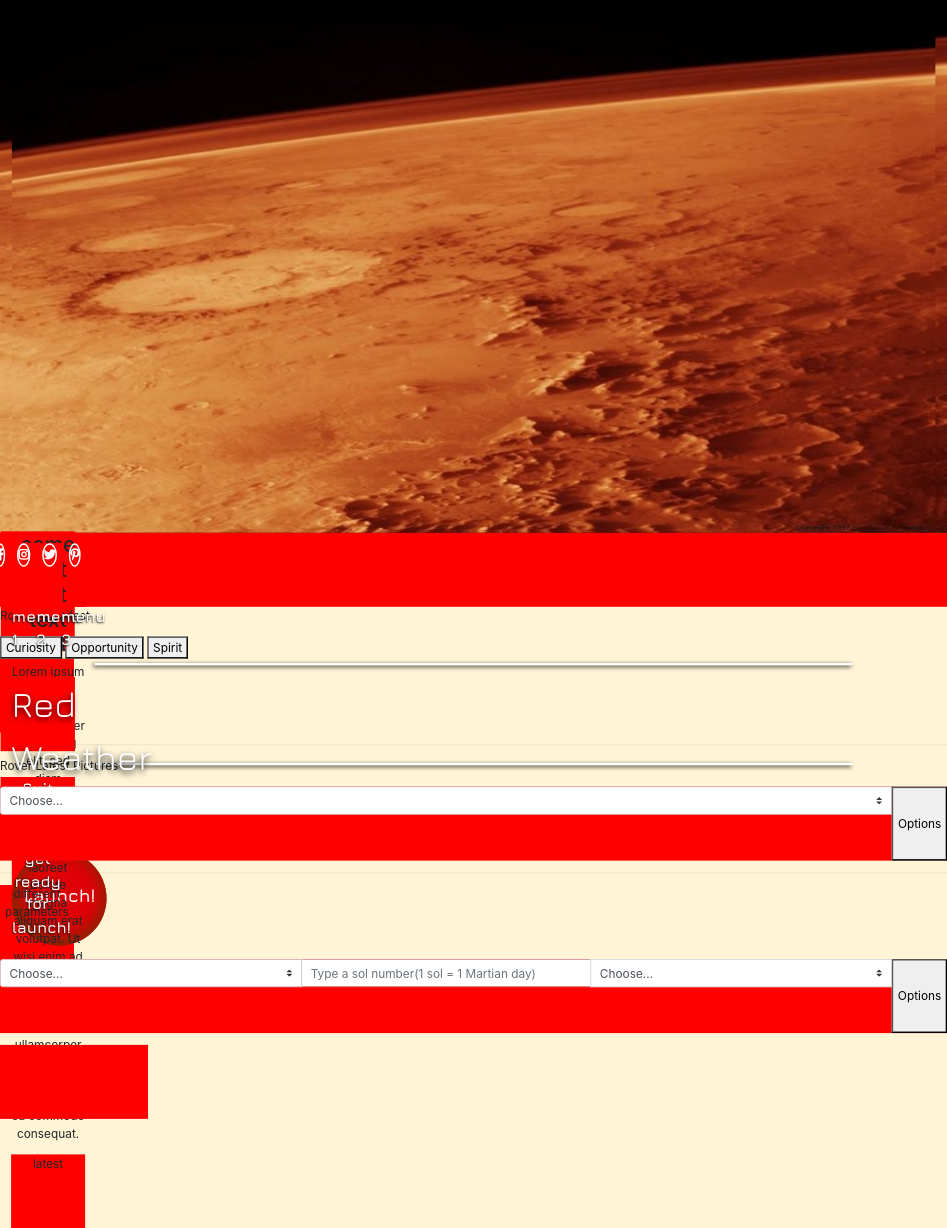
Repository: romqrq/Red-Planet-Explorer
Page: index.html
The author's editor kept a record of every edit. The page is drawn from the files as they stood at one moment, then again after the next edit.
The browser window is 1280 px wide. The pictures show the whole page, at 74% of full size.
Some web fonts or font styles are not loaded; a fallback is used. Some web libraries are served in a nearby version.

Above is the page before.

### index.html
<!DOCTYPE html>
<html lang="en">

<head>
    <meta charset="UTF-8">
    <meta name="viewport" content="width=device-width, initial-scale=1.0">
    <meta http-equiv="X-UA-Compatible" content="ie=edge">
    <title>Red Weather</title>
    <link rel="stylesheet" href="https://cdnjs.cloudflare.com/ajax/libs/font-awesome/5.10.2/css/all.min.css" type="text/css" />
    <link rel="stylesheet" href="https://stackpath.bootstrapcdn.com/bootstrap/4.3.1/css/bootstrap.min.css" crossorigin="anonymous">
    <link rel="stylesheet" href="assets/css/style.css" type="text/css" />


    <script src="https://code.jquery.com/jquery-3.4.1.js" crossorigin="anonymous"></script>
    <script type="text/javascript" src="assets/js/jquery.js"></script>
    <script type="text/javascript" src="assets/js/main.js"></script>
    <!--<script type="text/javascript" src="assets/js/main2.js"></script>-->
    <!--<script type="text/javascript" src="assets/js/main3.js"></script>-->

</head>

<body>
    <header>
        <div class="container-fluid main-screen-container">
            <img class="header-bg" src="assets/images/mars-athmosphere.jpg"></img>
            <div class="row social-row">
                <div class="col-12 social-col">
                    <i class="fab fa-facebook-f round-border text-shadow"></i>
                    <i class="fab fa-instagram round-border"></i>
                    <i class="fab fa-twitter round-border"></i>
                    <i class="fab fa-pinterest-p round-border"></i>
                </div>
            </div>
            <div class="row" role="navigation">
                <a class="col-4 text-right main-text-light text-shadow" href="#">menu 1</a>
                <a class="col-4 text-center main-text-light text-shadow" href="#">menu 2</a>
                <a class="col-4 text-left main-text-light text-shadow" href="#">menu 3</a>
            </div>
            <hr class="hr-divider">
            <div class="row">
                <div class="col-12 text-center">
                    <p class="main-title title-shadow">Red Weather</p>
                </div>
            </div>
            <hr class="hr-divider">
            <div class="row">
                <div class="col-12">
                    <p class="main-text-light text-center text-shadow">Suit up and get ready for launch!</p>
                </div>
            </div>
            <div>
                <div class="launch-button-div">
                    <button class="btn launch-button">Launch!</button>
                </div>
            </div>
            <!--<div class="row">-->
            <!--    <div class=navbar>-->
            <!--        <ul class="navbar-nav">-->
            <!--            <li class="nav-item">-->
            <!--                <a href="#" class="nav-link">menu button 1</a>-->
            <!--            </li>-->
            <!--            <li class="nav-item">-->
            <!--                <a href="#" class="nav-link">menu button 2</a>-->
            <!--            </li>-->
            <!--            <li class="nav-item">-->
            <!--                <a href="#" class="nav-link">menu button 3</a>-->
            <!--            </li>-->
            <!--        </ul>-->
            <!--    </div>-->
            <!--</div>-->
        </div>
        <!--<nav class="navbar navbar-expand-md navbar-dark bg-blue">-->
        <!-- Brand -->
        <!--    <a class="brand-text" href="#"><span class="NE-text">RW</span> | Red Weather</a>-->

        <!-- Toggler/collapsibe Button -->
        <!--    <button class="navbar-toggler" type="button" data-toggle="collapse" data-target="#collapsibleNavbar">-->
        <!--        <span class="navbar-toggler-icon"></span>-->
        <!--    </button>-->

        <!-- Navbar links -->
        <!--    <div class="collapse navbar-collapse" id="collapsibleNavbar">-->
        <!--        <ul class="navbar-nav">-->
        <!--            <li class="nav-item">-->
        <!--                <a class="nav-link" href="#">Link</a>-->
        <!--            </li>-->
        <!--            <li class="nav-item">-->
        <!--                <a class="nav-link" href="#">Link</a>-->
        <!--            </li>-->
        <!--            <li class="nav-item">-->
        <!--                <a class="nav-link" href="#">Link</a>-->
        <!--            </li>-->
        <!--        </ul>-->
        <!--    </div>-->
        <!--</nav>-->
    </header>
    <section class="callout">
        <div class="container-fluid text-center align-middle">
            <div>
                <h3>some text text text text</h3>
                <p>Lorem ipsum dolor sit amet, consectetuer adipiscing elit, sed diam nonummy nibh euismod tincidunt ut laoreet dolore magna aliquam erat volutpat. Ut wisi enim ad minim veniam, quis nostrud exerci tation ullamcorper suscipit lobortis nisl
                    ut aliquip ex ea commodo consequat.</pp>
                    <div>latest</div>
                    <!--<div class="row">-->
                    <!--    <div class="col-4">-->
                    <!--        <button class="btn btn-warning latest-button" id="buttonCuriosity" onclick="writeLatestToDocument('curiosity')" value="curiosity">Curiosity</button>-->
                    <!--    </div>-->
                    <!--    <div class="col-4">-->
                    <!--        <button class="btn btn-warning latest-button" id="buttonSpirit" onclick="writeLatestToDocument()" value="spirit">Spirit</button>-->
                    <!--    </div>-->
                    <!--    <div class="col-4">-->
                    <!--        <button class="btn btn-warning latest-button" id="buttonOpportunity" onclick="writeLatestToDocument()" value="opportunity">Opportunity</button>-->
                    <!--    </div>-->
                    <!--</div>-->
            </div>
    </section>
    <p>Rovers Manifest</p>
    <button onclick="writeManifestToDocument('curiosity')">Curiosity</button>
    <button onclick="writeManifestToDocument('opportunity')">Opportunity</button>
    <button onclick="writeManifestToDocument('spirit')">Spirit</button>
    <div id="dataManifest"></div>
    <hr>
    <p>Rover Latest Pictures</p>
    <div class="input-group mb-3">
        <select class="custom-select" id="inputLatestRoverPhoto">
            <option selected>Choose...</option>
            <option value="curiosity">Curiosity</option>
            <option value="spirit">Spirit</option>
            <option value="opportunity">Opportunity</option>
        </select>
        <button onclick="writeLatestToDocument()">Options</button>
    </div>
    <hr>
    <div class=text-center>different parameters</div>
    <div class="input-group mb-3">
        <div class="input-group mb-3">
            <select class="custom-select" id="inputRoverName">
            <option selected>Choose...</option>
            <option value="curiosity">Curiosity</option>
            <option value="spirit">Spirit</option>
            <option value="opportunity">Opportunity</option>
        </select>
            <input type="text" class="form-control" id="solTextInput" placeholder="Type a sol number(1 sol = 1 Martian day)">
            <!--    <select class="custom-select" id="inputSolNumber">-->
            <!--  <option selected>Choose...</option>-->
            <!--  <option value="500">500</option>-->
            <!--  <option value="1000">1000</option>-->
            <!--  <option value="1500">1500</option>-->
            <!--</select>-->
            <select class="custom-select" id="inputCamName">
          <option selected>Choose...</option>
          <option value="fhaz">FHAZ</option>
          <option value="rhaz">RHAZ</option>
          <option value="mast">Mast</option>
        </select>
            <button onclick="writeParamsToDocument()">Options</button>
        </div>


        <div id="data"></div>
        <div id="data2"></div>
        <footer>

        </footer>
        <script src="https://code.jquery.com/jquery-3.3.1.slim.min.js" integrity="sha384-q8i/X+965DzO0rT7abK41JStQIAqVgRVzpbzo5smXKp4YfRvH+8abtTE1Pi6jizo" crossorigin="anonymous"></script>
        <script src="https://cdnjs.cloudflare.com/ajax/libs/popper.js/1.14.7/umd/popper.min.js" integrity="sha384-UO2eT0CpHqdSJQ6hJty5KVphtPhzWj9WO1clHTMGa3JDZwrnQq4sF86dIHNDz0W1" crossorigin="anonymous"></script>
        <script src="https://stackpath.bootstrapcdn.com/bootstrap/4.3.1/js/bootstrap.min.js" integrity="sha384-JjSmVgyd0p3pXB1rRibZUAYoIIy6OrQ6VrjIEaFf/nJGzIxFDsf4x0xIM+B07jRM" crossorigin="anonymous"></script>

</body>

</html>

### assets/css/style.css
/*General*/

@import url('https://fonts.googleapis.com/css?family=Revalia|Roboto:400,500|Jura:300,400,500,700&display=swap');

body {
    background-color: #ffd86845;
}

a {
    text-decoration: none;
    color: inherit;

}

/* Header */

.title-shadow {
    text-shadow: -1px 3px 8px #000000;
}

.text-shadow {
    text-shadow: -1px 1px 3px #000000;
}

.no-side-padding {
    padding-left: 0;
    padding-right: 0;
}

.main-screen-container {
    height: 100vh;
    max-width: 100vw;
    padding: 1rem;
    background-image: url("../images/mars-athmosphere.jpg");
    background-position: center;
    background-repeat: no-repeat;
    background-size: cover;
    background-color: black;
    display: flex;
    flex-direction: column;
    justify-content: space-evenly;
    box-shadow: 1px 4px 9px 0px black;
}

.social-row {
    padding: 1rem;
}

.social-col {
    flex-direction: row;
    display: flex;
    justify-content: center;
}

.round-border {
    border-radius: 50%;
    height: 2rem;
    border: 2px solid white;
    width: 2rem;
    justify-content: center;
    display: flex;
    line-height: 1.8rem;
    color: white;
    margin: 0 0.5rem;
    font-weight: 900;
}

.main-text-light {
    color: white;
    font-family: "Jura", "Revalia";
    font-weight: 600;
    font-size: 1.3rem;
}

.main-title {
    font-family: "Revalia", "Jura";
    font-size: 3rem;
    color: white;
    padding: 0 0 0.5rem;
}

.hr-divider {
    border-top: 3px solid rgb(255, 255, 255);
    width: 80vw;
    box-shadow: -2px 2px 6px 0px black;
}

.launch-button-div {
    margin-bottom: 1rem;
}

.launch-button-border {
    height: 9.5rem;
    width: 9.5rem;
    background-color: #eaeaea;
    padding: 0.75rem;
    border-radius: 50%;
    box-shadow: inset 0px 0px 6px 6px #676767;
    margin: auto;
}

.launch-button {
    background-color: #d40101;
    color: white;
    border: 0px solid white;
    font-size: 1.5rem;
    font-family: "Jura", "Revalia";
    font-weight: 700;
    /*text-shadow: 0px 0px 5px #ffffffcf;*/
    padding: 0.5rem 1rem 1rem;
    height: 8rem;
    width: 8rem;
    border-radius: 50%;
    box-shadow: inset 3px -4px 20px 7px #842600;
    animation-name: launchButtonAnimation;
     animation-duration: 2s;
    animation-delay: .5s;
    animation-timing-function: linear;
    animation-iteration-count: infinite;

}

.launch-button-animation {
    animation-duration: 1s;
    animation-delay: .5s;
    animation-timing-function: linear;
    animation-iteration-count: infinite;
    /*background-color: #2098D1;*/
    background-color: #ff0018;
    color: #fff;
}

/* Launch button bg change */
@keyframes launchButtonAnimation {
  from {background-color: #d40101;}
  to {background-color: #ff0018;}
}

/* The element to apply the animation to */
div {
  width: 100px;
  height: 100px;
  background-color: red;
  animation-name: example;
  animation-duration: 4s;
}

### assets/js/jquery.js
$(document).ready(function(value) {
    var roverName = this.value;
});

### assets/js/main.js
// var roverName = "curiosity";
// var solNumber = ""; //"&sol=1000";
// var camName = "&camera=FHAZ";
// var pageNumber = ""; //"&page=1"
// var earthDate = "earth_date=2015-6-3"


//WORKS xhr.open("GET", "https://api.nasa.gov/insight_weather/?api_key=unJZiQapXhyZamSl37P8FEh7Zlssi7xmaIF4l95b&feedtype=json&ver=1.0");
//WORKS xhr.open("GET", "https://api.nasa.gov/mars-photos/api/v1/rovers/curiosity/latest_photos?api_key=unJZiQapXhyZamSl37P8FEh7Zlssi7xmaIF4l95b&feedtype=json&ver=1.0");
//WORKS xhr.open("GET", "https://api.nasa.gov/mars-photos/api/v1/manifests/curiosity?api_key=unJZiQapXhyZamSl37P8FEh7Zlssi7xmaIF4l95b&feedtype=json&ver=1.0");




// //Pick latest photo by rover name
// function getLatest(cb) {
// 	// roverName = function() {
// 	// 	if (document.getElementById("buttonCuriosity") == true) {
// 	// 		var e = document.getElementById("buttonCuriosity");
// 	// 		return e.options[e.selectedIndex].value;
// 	// 	}
// 	// }
// 	$('.latest-button').on('click', function() {
// 		var e = document.getElementById(this.id);
// 		roverName = e.options[e.selectedIndex].value;
// 	});
// 	console.log(roverName);
// 	// var e = document.getElementById("buttonCuriosity");
// 	// var roverName = e.options[e.selectedIndex].value;
// 	var xhr = new XMLHttpRequest();
// 	xhr.onreadystatechange = function() {
// 		if (this.readyState == 4 && this.status == 200) {
// 			// document.getElementById("data").innerHTML = JSON.parse(this.responseText);
// 			console.log(JSON.parse(this.responseText));
// 			cb(JSON.parse(this.responseText));
// 		}
// 	};
// 	xhr.open("GET", "https://api.nasa.gov/mars-photos/api/v1/rovers/" + roverName + "/latest_photos?api_key=unJZiQapXhyZamSl37P8FEh7Zlssi7xmaIF4l95b&feedtype=json&ver=1.0");
// 	xhr.send();

// }

// function writeLatestToDocument() {
// 	var el = document.getElementById("data");
// 	el.innerHTML = "";

// 	getLatest(function(data) {
// 		data = data.latest_photos;

// 		data.forEach(function(item) {
// 			el.innerHTML += `<img src=${item.img_src} height=150 width=150>`;
// 		});
// 	});
// }





// function getLatest(cb) {
// 	var xhr = new XMLHttpRequest();

// 	xhr.onreadystatechange = function() {
// 		if (this.readyState == 4 && this.status == 200) {
// 			// document.getElementById("data").innerHTML = JSON.parse(this.responseText);
// 			console.log(JSON.parse(this.responseText));
// 			cb(JSON.parse(this.responseText));
// 		}
// 	};

// 	xhr.open("GET", "https://api.nasa.gov/mars-photos/api/v1/rovers/curiosity/latest_photos?api_key=unJZiQapXhyZamSl37P8FEh7Zlssi7xmaIF4l95b&feedtype=json&ver=1.0");
// 	xhr.send();
// }

// function writeToDocument() {
// 	var el = document.getElementById("data");
// 	el.innerHTML = "";

// 	getLatest(function(data) {
// 		data = data.latest_photos;

// 		data.forEach(function(item) {
// 			el.innerHTML += `<img src=${item.img_src} height=150 width=150>`;
// 		});
// 	});
// }
var xhr = new XMLHttpRequest();
var roverName = ""; //"curiosity";
var solNumber = ""; //"&sol=1000";
var camName = ""; //"&camera=FHAZ";
var pageNumber = ""; //"&page=1"
var earthDate = ""; //"earth_date=2015-6-3"

function getManifest(roverNameManifest, cbManifest) {
    console.log(roverNameManifest);

    var xhr = new XMLHttpRequest();

    xhr.onreadystatechange = function() {
        if (this.readyState == 4 && this.status == 200) {
            // document.getElementById("data").innerHTML = JSON.parse(this.responseText);
            console.log(JSON.parse(this.responseText));
            cbManifest(JSON.parse(this.responseText));
        }
    };
    xhr.open("GET", "https://api.nasa.gov/mars-photos/api/v1/manifests/" + roverNameManifest + "?api_key=unJZiQapXhyZamSl37P8FEh7Zlssi7xmaIF4l95b&feedtype=json&ver=1.0");
    xhr.send();
}

function writeManifestToDocument(roverNameManifest) {
    var el = document.getElementById("dataManifest");
    el.innerHTML = "";

    getManifest(roverNameManifest, function(data) {
        data = data.photo_manifest;

        let item;
        for (item in data) {
            if (item != "photos") {
                let itemString = item.replace(/_/g, " ");
                let itemStringCapitalized = itemString.charAt(0).toUpperCase() + itemString.slice(1);
                console.log(itemStringCapitalized);
                    el.innerHTML += `<p>${itemStringCapitalized}: ${data[item]}</p>`;
            }
        }
    });
}

function getParamsData(cb) {
	var rvn = document.getElementById("inputRoverName");
	var roverName = rvn.options[rvn.selectedIndex].value;

	var snb = document.getElementById("solTextInput");
    var solNumber = `&sol=${snb.value}`;
	// var snb = document.getElementById("inputSolNumber");
	// var solNumber = `&sol=${snb.options[snb.selectedIndex].value}`;

	var cmn = document.getElementById("inputCamName");
	var camName = `&camera=${cmn.options[cmn.selectedIndex].value}`;

	// var pgn = document.getElementById("inputPageNumber");
	// var pageNumber = `&page=${pgn.options[pgn.selectedIndex].value}`;

	// var ead = document.getElementById("inputEarthDate");
	// var earthDate = `earth_date=${ead.options[ead.selectedIndex].value}`;

	var xhr = new XMLHttpRequest();
	xhr.onreadystatechange = function() {
		if (this.readyState == 4 && this.status == 200) {
			// document.getElementById("data").innerHTML = JSON.parse(this.responseText);
			console.log(JSON.parse(this.responseText));
			cb(JSON.parse(this.responseText));
		}
	};
	xhr.open("GET", `https://api.nasa.gov/mars-photos/api/v1/rovers/${roverName}/photos?${earthDate}${solNumber}${camName}${pageNumber}&api_key=unJZiQapXhyZamSl37P8FEh7Zlssi7xmaIF4l95b`);
	xhr.send();

}

function writeParamsToDocument() {
	var el = document.getElementById("data2");
	el.innerHTML = "";

	getParamsData(function(data) {
		data = data.photos;

		data.forEach(function(item) {
			// for (item in data) {
			el.innerHTML += `<img src=${item.img_src} height=150 width=150>`;
		});
	});
}


function getLatest(cbLatest) {
    var roverLatest = document.getElementById("inputLatestRoverPhoto");
    var roverNameLatest = `${roverLatest.options[roverLatest.selectedIndex].value}`;
    // var rvrnm = document.getElementsByclass("nameRoverButton").id;
    // console.log(rvrnm);
    // var roverNameLatest = rvrnm.value;
    var xhr = new XMLHttpRequest();

    xhr.onreadystatechange = function() {
        if (this.readyState == 4 && this.status == 200) {
            // document.getElementById("data").innerHTML = JSON.parse(this.responseText);
            console.log(JSON.parse(this.responseText));
            cbLatest(JSON.parse(this.responseText));
        }
    };
    xhr.open("GET", `https://api.nasa.gov/mars-photos/api/v1/rovers/${roverNameLatest}/latest_photos?api_key=unJZiQapXhyZamSl37P8FEh7Zlssi7xmaIF4l95b&feedtype=json&ver=1.0`);
    xhr.send();
}

function writeLatestToDocument() {
    var el = document.getElementById("data");
    el.innerHTML = "";

    getLatest(function(data) {
        data = data.latest_photos;

        data.forEach(function(item) {
            el.innerHTML += `<img src=${item.img_src} height=150 width=150>`;
        });
    });
}

After the next edit:
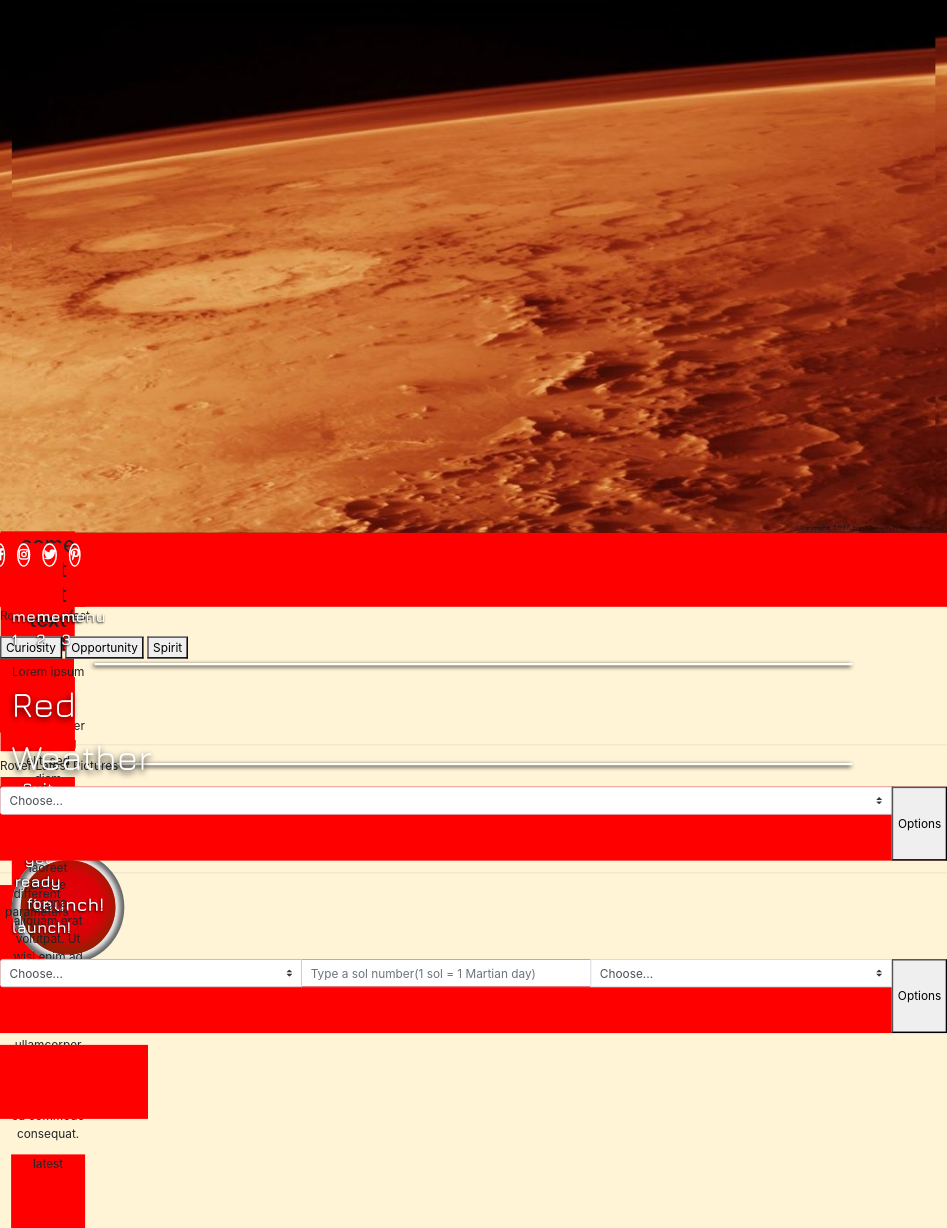
The edit:
--- a/index.html
+++ b/index.html
@@ -48,9 +48,9 @@
                     <p class="main-text-light text-center text-shadow">Suit up and get ready for launch!</p>
                 </div>
             </div>
-            <div>
-                <div class="launch-button-div">
-                    <button class="btn launch-button">Launch!</button>
+            <div class="launch-button-div">
+                <div class="launch-button-border">
+                    <button class="btn launch-button text-shadow">Launch!</button>
                 </div>
             </div>
             <!--<div class="row">-->
